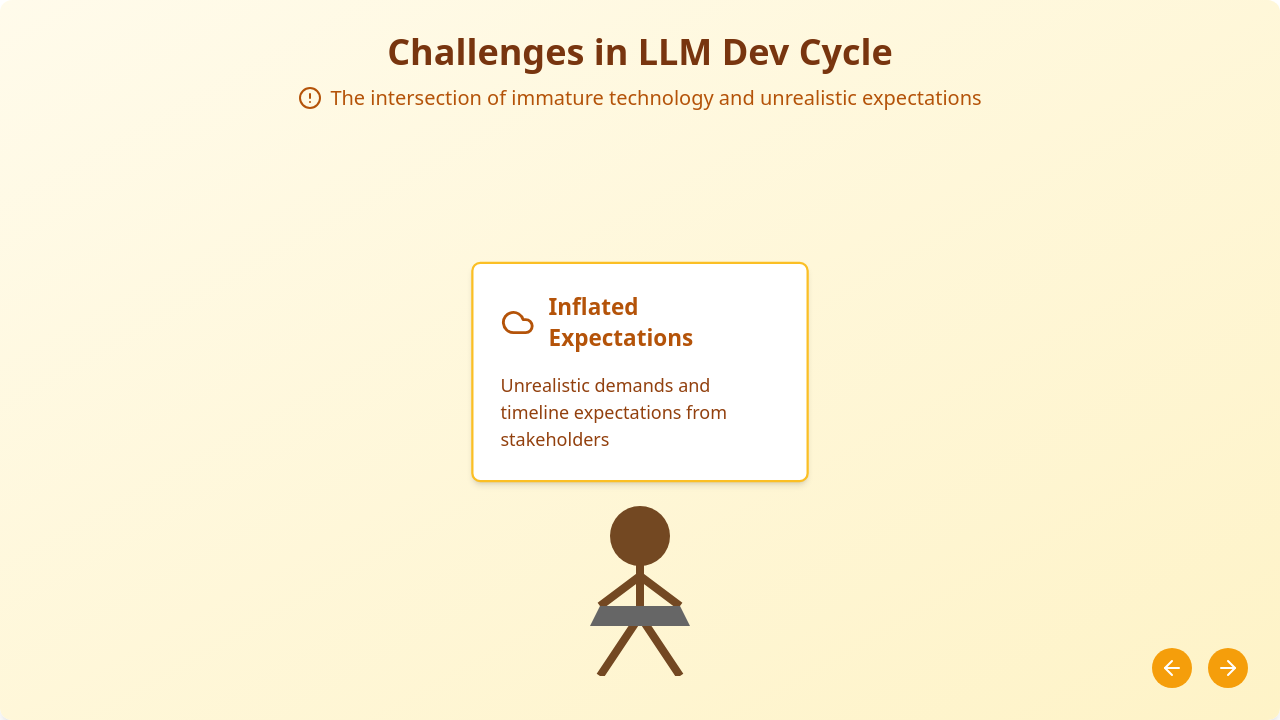
Repository: Galbaz1/dell_presentation
Page: /slide2
The author's editor kept a copy of each file at every save. The page is drawn from the files as they stood at one save, then again after the next save.
The browser window is 1280 px wide. The pictures show the whole page.
The project was rebuilt for these pictures with package versions that can differ from the ones it lists, and the page was loaded fresh each time. The framework's server and built-in components were replaced by stand-ins that run in the browser. Also part of the build but not shown: styles/animations/slide1.css, styles/animations/slide2.css.

Above is the page before, as saved 2024-11-12 14:55:25.

### pages/_app.tsx
import '../styles/globals.css'
import '../styles/animations/slide1.css'
import '../styles/animations/slide2.css'
import type { AppProps } from 'next/app'

function MyApp({ Component, pageProps }: AppProps) {
  return <Component {...pageProps} />
}

export default MyApp

### pages/slide2.tsx
import React, { useState, useEffect } from 'react';
import { ArrowRight, ArrowLeft, AlertCircle, Cloud } from 'lucide-react';
import Link from 'next/link';
import { motion, AnimatePresence } from 'framer-motion';

const Slide2: React.FC = () => {
  const [animationPhase, setAnimationPhase] = useState<'falling' | 'hitting' | 'growing' | 'pulsing'>('falling');

  useEffect(() => {
    const sequence = async () => {
      await new Promise(resolve => setTimeout(resolve, 2000));
      setAnimationPhase('hitting');

      await new Promise(resolve => setTimeout(resolve, 1000));
      setAnimationPhase('growing');

      await new Promise(resolve => setTimeout(resolve, 15000));
      setAnimationPhase('pulsing');
    };

    sequence();
  }, []);

  const blockVariants = {
    falling: {
      y: "-200vh",
      x: "-50%",
      transition: {
        y: {
          type: "tween",
          duration: 12,
          ease: "easeIn"
        }
      }
    },
    hitting: {
      y: "140%",
      x: "-50%",
      transition: {
        type: "spring",
        stiffness: 300,
        damping: 15
      }
    },
    growing: {
      y: "50%",
      x: "-50%",
      scale: [1, 1.2, 1.1, 1.4, 1.3, 1.6, 1.5, 1.8, 1.7, 2],
      transition: {
        y: { duration: 1, ease: "easeOut" },
        scale: {
          duration: 15,
          times: [0, 0.1, 0.2, 0.3, 0.4, 0.5, 0.6, 0.7, 0.8, 1],
          ease: "easeInOut"
        }
      }
    },
    pulsing: {
      y: "50%",
      x: "-50%",
      scale: [2, 2.1, 2],
      transition: {
        scale: {
          duration: 2,
          repeat: Infinity,
          ease: "easeInOut"
        }
      }
    }
  };

  const developerVariants = {
    standing: {
      x: "-50%",
      rotate: 0
    },
    fallen: {
      x: "100%",
      rotate: 90,
      transition: {
        type: "spring",
        stiffness: 60,
        damping: 20,
        restDelta: 0.001
      }
    }
  };

  return (
    <div className="bg-gradient-to-br from-amber-50 to-amber-100 p-8 rounded-xl shadow-lg min-h-screen overflow-hidden relative">
      {/* Header */}
      <div className="mb-16 text-center">
        <h1 className="text-4xl font-bold text-amber-900 mb-3">Challenges in LLM Dev Cycle</h1>
        <p className="text-xl text-amber-700 flex items-center justify-center">
          <AlertCircle className="w-6 h-6 mr-2" />
          The intersection of immature technology and unrealistic expectations
        </p>
      </div>

      {/* Main Content Area */}
      <div className="max-w-5xl mx-auto relative h-[500px]">
        {/* Developer Figure */}
        <motion.div
          className="absolute bottom-0 left-1/2 -translate-x-1/2 origin-bottom z-10"
          variants={developerVariants}
          initial="standing"
          animate={animationPhase === 'hitting' ? 'fallen' : 'standing'}
        >
          <div className="relative w-[200px] h-[200px]">
            <svg viewBox="0 0 100 100" className="w-full h-full">
              <path
                d="M50 35 L50 70 L30 100 M50 70 L70 100 M50 50 L30 65 M50 50 L70 65"
                stroke="#734822"
                strokeWidth="4"
                fill="none"
              />
              <circle cx="50" cy="30" r="15" fill="#734822" />
              <path
                d="M30 65 L70 65 L75 75 L25 75 Z"
                fill="#666"
              />
            </svg>
          </div>
        </motion.div>

        {/* Falling Block */}
        <motion.div
          className="absolute left-1/2 -translate-x-1/2 top-0 w-[300px] z-20"
          variants={blockVariants}
          initial="falling"
          animate={animationPhase}
        >
          <div className="bg-white p-6 rounded-lg shadow-md border-2 border-amber-400">
            <div className="flex items-center mb-4 text-amber-700">
              <Cloud className="w-8 h-8" />
              <h3 className="text-xl font-semibold ml-3">Inflated Expectations</h3>
            </div>
            <p className="text-amber-800">
              Unrealistic demands and timeline expectations from stakeholders
            </p>
          </div>
        </motion.div>
      </div>

      {/* Navigation */}
      <div className="absolute bottom-8 right-8 flex items-center space-x-4">
        <Link href="/" className="bg-amber-500 hover:bg-amber-600 text-white p-2 rounded-full transition-colors">
          <ArrowLeft className="w-6 h-6" />
        </Link>
        <Link href="/slide3" className="bg-amber-500 hover:bg-amber-600 text-white p-2 rounded-full transition-colors">
          <ArrowRight className="w-6 h-6" />
        </Link>
      </div>
    </div>
  );
};

export default Slide2;

### styles/globals.css
@tailwind base;
@tailwind components;
@tailwind utilities;

@keyframes fallAndBounce {
  0% {
    transform: translateY(-100%) translateX(-50%);
  }
  70% {
    transform: translateY(140%) translateX(-50%);
  }
  75% {
    transform: translateY(130%) translateX(-50%);
  }
  80% {
    transform: translateY(135%) translateX(-50%);
  }
  85% {
    transform: translateY(128%) translateX(-50%);
  }
  90% {
    transform: translateY(132%) translateX(-50%);
  }
  100% {
    transform: translateY(0%) translateX(-50%);
  }
}

@keyframes developerFall {
  0%, 69% {
    transform: translateX(-50%) rotate(0deg);
  }
  100% {
    transform: translateX(100%) rotate(90deg);
  }
}

@keyframes pulsate {
  0% {
    transform: translateY(0%) translateX(-50%) scale(1);
  }
  8% {
    transform: translateY(0%) translateX(-50%) scale(1.15);
  }
  10% {
    transform: translateY(0%) translateX(-50%) scale(1.1);
  }
  18% {
    transform: translateY(0%) translateX(-50%) scale(1.35);
  }
  20% {
    transform: translateY(0%) translateX(-50%) scale(1.3);
  }
  28% {
    transform: translateY(0%) translateX(-50%) scale(1.55);
  }
  30% {
    transform: translateY(0%) translateX(-50%) scale(1.5);
  }
  38% {
    transform: translateY(0%) translateX(-50%) scale(1.75);
  }
  40% {
    transform: translateY(0%) translateX(-50%) scale(1.7);
  }
  48% {
    transform: translateY(0%) translateX(-50%) scale(1.95);
  }
  50% {
    transform: translateY(0%) translateX(-50%) scale(1.9);
  }
  100% {
    transform: translateY(0%) translateX(-50%) scale(2);
  }
}

@keyframes explodePiece {
  0% {
    transform: translate(0, 0) rotate(0);
    opacity: 1;
  }
  100% {
    transform: translate(var(--tx), 1000px) rotate(var(--tr));
    opacity: 0;
  }
}

.animate-fall-bounce {
  animation:
    fallAndBounce 3s cubic-bezier(0.4, 0, 0.2, 1) forwards,
    pulsate 8s cubic-bezier(0.4, 0, 0.2, 1) 5s forwards;
}

.animate-developer-fall {
  animation: developerFall 1.2s cubic-bezier(0.4, 0, 0.2, 1) forwards;
  animation-delay: 2.1s;
}

.explosion-piece {
  position: absolute;
  animation: explodePiece 2s cubic-bezier(0.4, 0, 0.2, 1) forwards;
  animation-delay: 16s; /* 5s wait + 8s growth + 3s wait */
}

### tailwind.config.js
/** @type {import('tailwindcss').Config} */
module.exports = {
  content: [
    "./pages/**/*.{js,ts,jsx,tsx}",
    "./components/**/*.{js,ts,jsx,tsx}",
    "./styles/**/*.css",
  ],
  theme: {
    extend: {},
  },
  plugins: [],
}

After the next save:
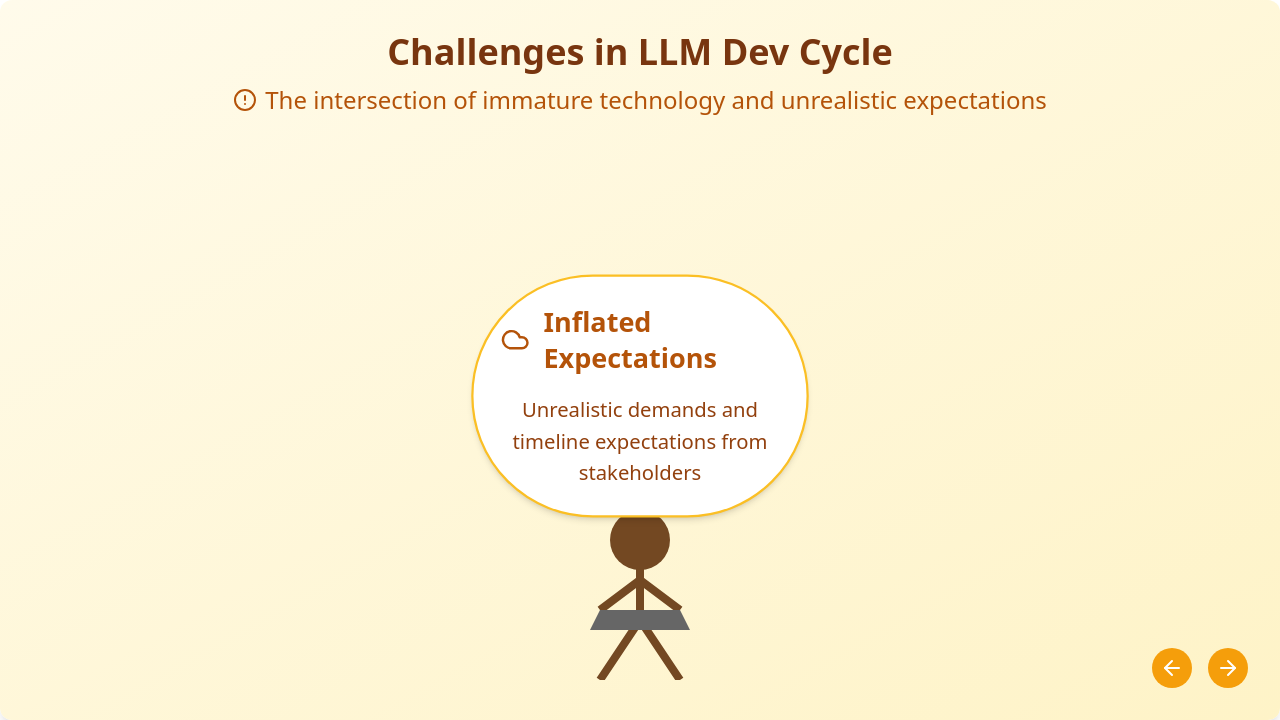
Saved 19 h 52 min later.
--- a/pages/slide2.tsx
+++ b/pages/slide2.tsx
@@ -91,7 +91,7 @@ const Slide2: React.FC = () => {
       {/* Header */}
       <div className="mb-16 text-center">
         <h1 className="text-4xl font-bold text-amber-900 mb-3">Challenges in LLM Dev Cycle</h1>
-        <p className="text-xl text-amber-700 flex items-center justify-center">
+        <p className="text-2xl text-amber-700 flex items-center justify-center">
           <AlertCircle className="w-6 h-6 mr-2" />
           The intersection of immature technology and unrealistic expectations
         </p>
@@ -123,19 +123,19 @@ const Slide2: React.FC = () => {
           </div>
         </motion.div>
 
-        {/* Falling Block */}
+        {/* Falling Block - Changed to Circle */}
         <motion.div
           className="absolute left-1/2 -translate-x-1/2 top-0 w-[300px] z-20"
           variants={blockVariants}
           initial="falling"
           animate={animationPhase}
         >
-          <div className="bg-white p-6 rounded-lg shadow-md border-2 border-amber-400">
-            <div className="flex items-center mb-4 text-amber-700">
+          <div className="bg-white p-6 rounded-full shadow-md border-2 border-amber-400">
+            <div className="flex items-center justify-center mb-4 text-amber-700">
               <Cloud className="w-8 h-8" />
-              <h3 className="text-xl font-semibold ml-3">Inflated Expectations</h3>
+              <h3 className="text-2xl font-semibold ml-3">Inflated Expectations</h3>
             </div>
-            <p className="text-amber-800">
+            <p className="text-lg text-amber-800 text-center">
               Unrealistic demands and timeline expectations from stakeholders
             </p>
           </div>
